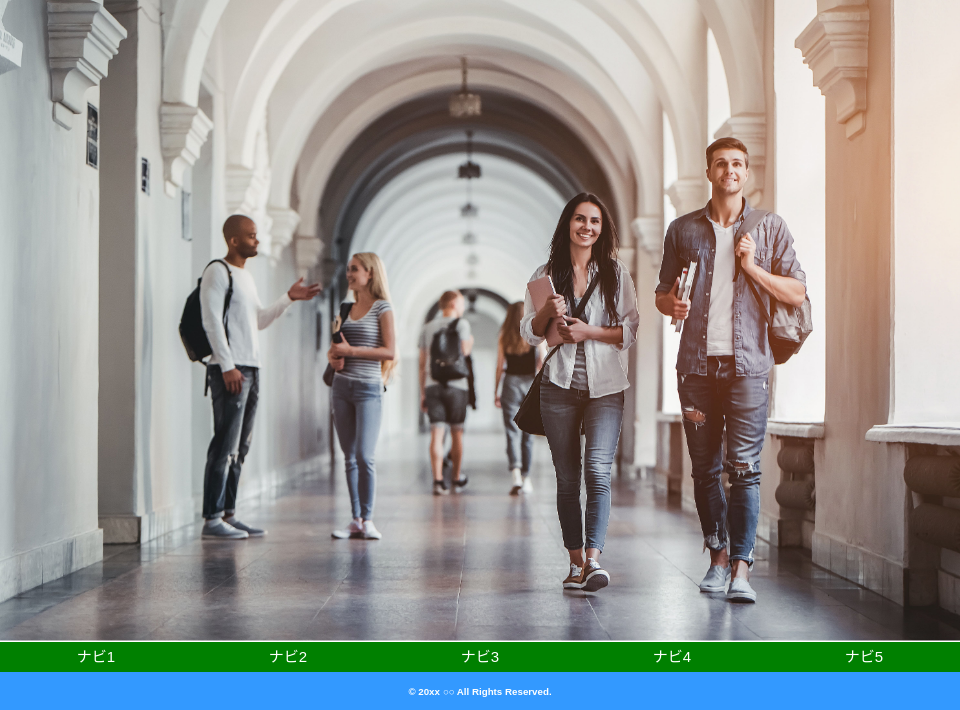
Repository: narita227/samurai_HTML-CSS
Page: samurai/home.html
The author's editor kept a record of every edit. The page is drawn from the files as they stood at one moment, then again after the next edit.
The browser window is 1280 px wide. The pictures show the whole page, at 75% of full size.
Pictures or frames that could not be fetched are drawn as grey boxes.

Above is the page before.

### samurai/home.html
<!DOCTYPE html>
<html lang="ja">
    <head>
        <meta charset="UTF-8">
        <title>HTML/CSSの学習</title>
        <link rel="stylesheet" href="stylesheet.css">
    </head>
    <body>
        <div id="header">
          <h1><a href="index.html"><img id="corridor" src="images/corridor.jpg" alt="大学の廊下" /></a></h1>
        </div>
        <div id="wrapper">
            <div id="nav">
                <ul>
                    <li><a href="home.html">ナビ1</a></li>
                    <li><a href="#">ナビ2</a></li>
                    <li><a href="#">ナビ3</a></li>
                    <li><a href="#">ナビ4</a></li>
                    <li><a href="#">ナビ5</a></li>
                </ul>
            </div>
        </div>
        <div id="footer">
            <p>&copy; 20xx ○○ All Rights Reserved.</p>
        </div>
    </body>
</html>

### samurai/stylesheet.css
@charset "utf-8";

body {
	margin: 0;
	padding: 0;
	font-family: "ヒラギノ角ゴ Pro W3", "Hiragino Kaku Gothic Pro", "メイリオ", Meiryo, Osaka, "ＭＳ Ｐゴシック", "MS PGothic", sans-serif;
	color: #333;
	font-size: 13px;
	line-height: 150%;
}

/* -------------------- wrapper -------------------- */
#wrapper {
	width: 100%;
	margin: auto;
	padding: 0px;
	border: 0px;
	background-color: #FFF;
	position: static;
	top: 10px;
}
 /* -------------------- header -------------------- */
 #header {
 	width: 100%;
 }
 #header h1 {
 	 margin: 0;
	 padding: 0;
 }

 #corridor {
	 width: 100%;
	 height: auto;
 }


 /* -------------------- footer -------------------- */
 #footer {
 	 clear: both;
 	 width: 100%;
 	 padding: 3px 0 3px 0;
 	 background: #39F;
 	 color: #FFF;
 	 font-weight: bold;
 	 text-align: center;
 }

  /* -------------------- nav -------------------- */
 #nav {
	 width: 100%;
 }
 #nav ul {
 	 display: flex;
	 margin: 0;
	 padding: 0;
	 list-style-type: none;
 }
 #nav ul li {
	 width: 20%;
	 text-align: center;
 }
 #nav ul li a {
	 display: block;
	 height: 20px;
	 margin: 0;
	 padding: 10px;
	 color: #FFF;
	 font-size: 20px;
	 text-decoration: none;
	 background-color: green;
 }

 #nav ul li a:hover {
	 filter: drop-shadow(10px 10px 10px black);
 }


 /* -------------------- container -------------------- */
 #container {
	 width: 100%;
	 margin: auto ;
	 padding: auto;
	 padding-top: 20px;
	 clear: both;
	 display: grid;
     grid-template-columns: 70vw 30vw;
 }
 /* -------------------- main -------------------- */
 #main {
	 width: 95%;
	 padding: 10px 30px 10px 10px;
 }
 #main h2 {
	 margin: 0 0 10px 0;
	 padding: 3px 10px 3px 10px;
	 color: #FFF;
	 font-size: 16px;
	 border-left: solid 10px #C00;
	 background: #F90 url(../images/main_h2.jpg) right top repeat-y;
 }
 #main p {
	 margin: 0;
	 padding: 0;
 }
 #main .post {
	 margin: 0 0 30px 0;
 }

 #main .post img.right {
	 margin: 0 0 0 8px;
 }
 #main .post img.left {
	 margin: 0 8px 0 0;
 }

 .right {
	 float: right;
	 width: 40%;
	 height: auto;
 }
 .left {
	 float: left;
	 width: 40%;
	 height: auto;
 }

 /* -------------------- clearfix -------------------- */
 .clearfix {
	 zoom: 1;
 }
 .clearfix:after{
	 content: "";
	 display: block;
	 clear: both;
 }


 /* -------------------- side -------------------- */
 #side {
 	 width: 85%;
 	 padding: 20px;
 	 background-color: #F99;
 }
 #side .box {
 	 margin: 0 auto 30px auto;
 	 padding: 0 0 20px 0;
 	 background: url(images/side_box.png) bottom no-repeat;
 }
 #side .box h2 {
 	 margin: 0;
 	 padding: 8px;
 	 text-align: center;
 	 color: #fff;
 	 font-size: 16px;
 	 line-height: 16px;
 	 font-weight: normal;
 	 background: url(images/side_box_h2.png) center no-repeat;
 }
 #side .box .boxBody {
 	 padding: 8px;
 	 border-right: solid 1px #C36;
 	 border-bottom: solid 1px #C36;
 	 border-left: solid 1px #C36;
 	 background: #fff;
 }
 #side .box .boxBody ul {
 	 margin: 0 0 16px 0;
 	 padding: 0;
 }
 #side .box .boxBody ul li {
 	 padding: 8px 0 8px 4px;
 	 list-style: none;
 	 border-bottom: solid 1px #C36;
 }
  #side .box .boxBody ul li:hover {
	 padding: 8px 0 8px 4px;
	 list-style: none;
	 border-bottom: solid 1px #C36;
	 box-shadow: 0px 4px 4px rgba(0, 0, 0, 0.3);
 }

After the next edit:
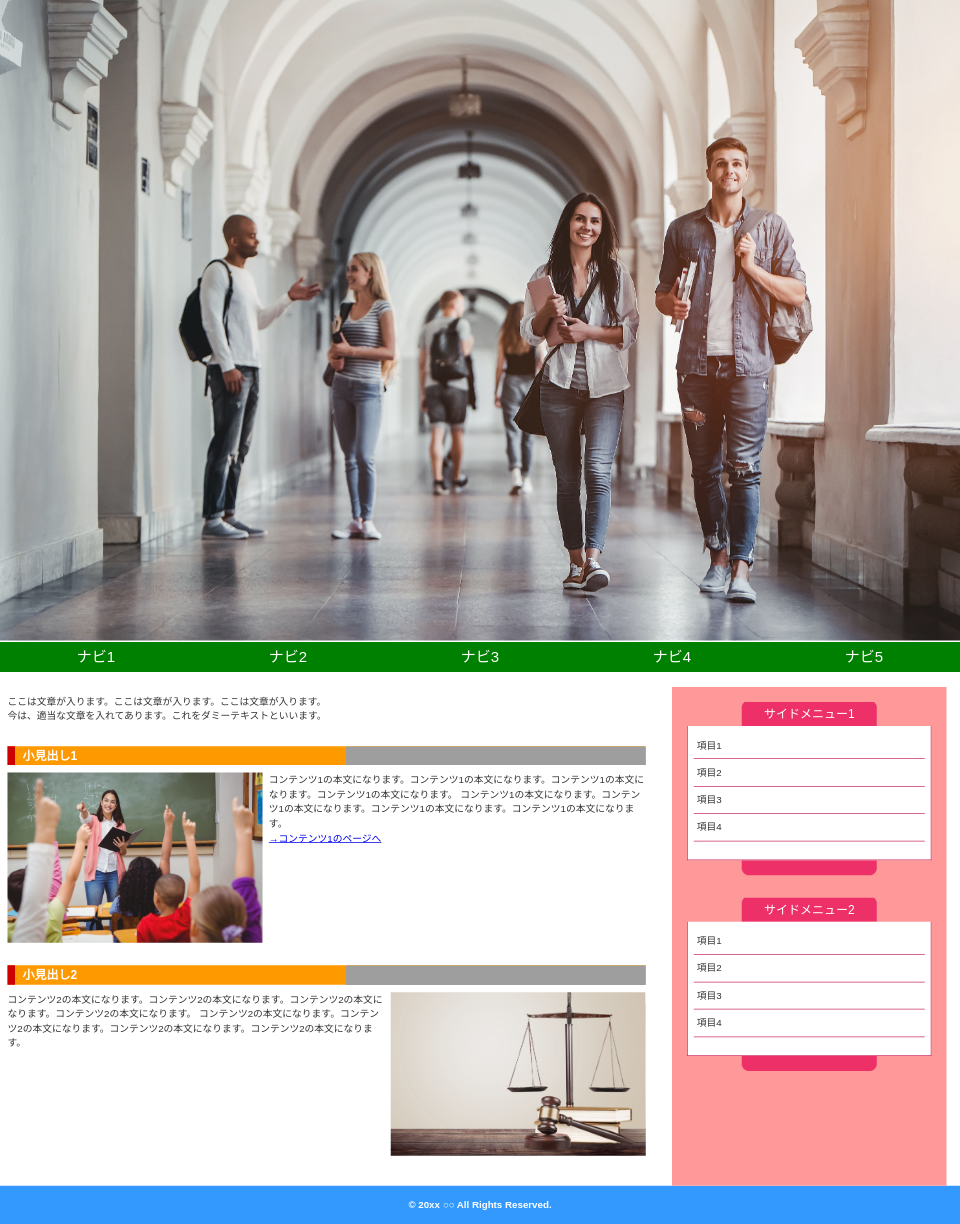
The edit:
--- a/samurai/home.html
+++ b/samurai/home.html
@@ -19,6 +19,54 @@
                     <li><a href="#">ナビ5</a></li>
                 </ul>
             </div>
+                        <div id="container">
+                <div id="main">
+                    <div class="post">
+                        <p>ここは文章が入ります。ここは文章が入ります。ここは文章が入ります。<br />今は、適当な文章を入れてあります。これをダミーテキストといいます。</p>
+                    </div>
+                    <div class="post clearfix">
+                        <h2>小見出し1</h2>
+                        <img class="left" src="images/classroom.jpg" alt="授業風景" />
+                        <p>
+                            コンテンツ1の本文になります。コンテンツ1の本文になります。コンテンツ1の本文になります。コンテンツ1の本文になります。
+                            コンテンツ1の本文になります。コンテンツ1の本文になります。コンテンツ1の本文になります。コンテンツ1の本文になります。
+                        </p>
+                        <p><a href="#">→コンテンツ1のページへ</a></p>
+                    </div>
+                    <div class="post clearfix">
+                        <h2>小見出し2</h2>
+                        <img class="right" src="images/scale.jpg" alt="天秤" />
+                        <p>
+                            コンテンツ2の本文になります。コンテンツ2の本文になります。コンテンツ2の本文になります。コンテンツ2の本文になります。
+                            コンテンツ2の本文になります。コンテンツ2の本文になります。コンテンツ2の本文になります。コンテンツ2の本文になります。
+                        </p>
+                    </div>
+                </div>
+                 <div id="side">
+                <div class="box">
+                    <h2>サイドメニュー1</h2>
+                    <div class="boxBody">
+                        <ul>
+                            <li>項目1</li>
+                            <li>項目2</li>
+                            <li>項目3</li>
+                            <li>項目4</li>
+                        </ul>
+                    </div>
+                </div>
+                <div class="box">
+                    <h2>サイドメニュー2</h2>
+                    <div class="boxBody">
+                        <ul>
+                            <li>項目1</li>
+                            <li>項目2</li>
+                            <li>項目3</li>
+                            <li>項目4</li>
+                        </ul>
+                    </div>
+                </div>
+            </div>
+            </div>
         </div>
         <div id="footer">
             <p>&copy; 20xx ○○ All Rights Reserved.</p>
